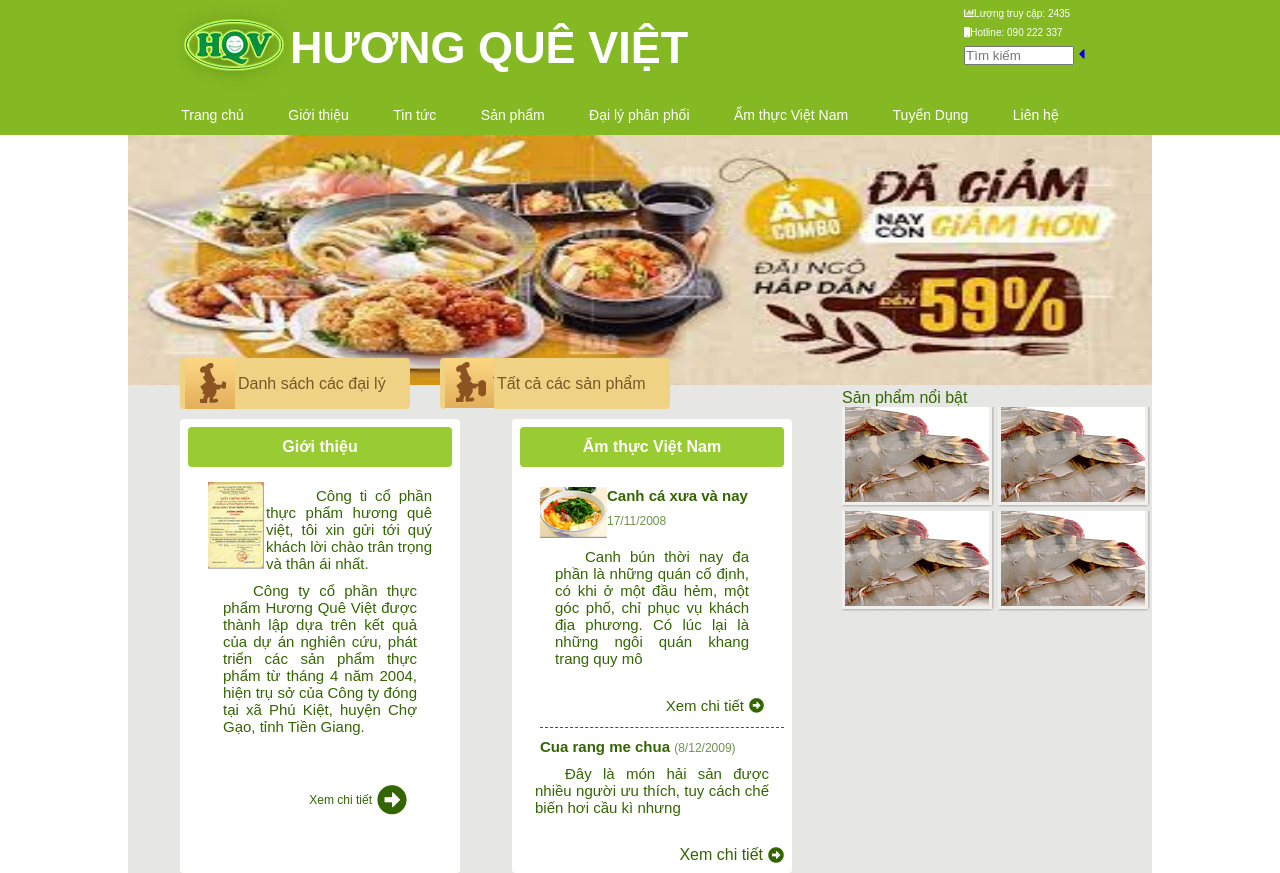
Repository: NgocTruong0701/Self_Learning
Page: html/practice/Baitapweb/index.html
These files come from the project's save history. The page is drawn as it stood at one moment and after the next save; the edit follows.
The browser window is 1280 px wide. The pictures show the whole page.

Above is the page before, as saved 2021-10-06 22:15:07.

### html/practice/Baitapweb/index.html
<!DOCTYPE html>
<html>
    <head>
        <title>Web Bài 4</title>
        <meta charset="UTF-8">
        <meta name="author" content="Lê Ngọc Trường">
        <link rel="stylesheet" type="text/css" href="./assets/css/styles.css">
        <link rel="stylesheet" href="./assets/font/fontawesome-free-5.15.4-web/css/all.css">
    </head>

    <body>
        <!-- Begin Header -->
        <header>
            <!-- Banner -->
            <div id="banner">
                <!-- Khối bên trái -->
                <div class="box-left">
                    <!-- logo -->
                    <div class="logo">
                        <img src="./assets/pictures/logo/logo.jpg" alt="logo">
                    </div>

                    <!-- tiêu đề -->
                    <div class="header-heading">
                        hương quê việt
                    </div>
                </div>

                <!-- khối bên phải -->
                <div class="box-right">
                    <div class="thongtin">
                        <div class="ltruycap">
                            <i class="fas fa-chart-bar"></i>
                            <p>Lượng truy cập: 2435</p>
                        </div>

                        <div class="ltruycap">
                            <i class="fas fa-mobile"></i>
                            <p>Hotline: 090 222 337</p>
                        </div>
                    </div>

                    <div class="search">
                        <form action="url" method="GET" >
                            <input type="text" placeholder="Tìm kiếm" class="onhap">
                            <a href="#">
                                <i class="fas fa-caret-left"></i>
                            </a>
                        </form>
                    </div>
                </div>
            </div>

            <!-- menu header -->
            <div class="menu-header">
                <ul class="menu-tren">
                    <li><a href="#">Trang chủ</a></li>
                    <li><a href="#">Giới thiệu</a></li>
                    <li><a href="#">Tin tức</a></li>
                    <li><a href="#">Sản phẩm</a></li>
                    <li><a href="#">Đại lý phân phối</a></li>
                    <li><a href="#">Ẩm thực Việt Nam</a></li>
                    <li><a href="#">Tuyển Dụng</a></li>
                    <li><a href="#">Liên hệ</a></li>
                </ul>
            </div>

        </header>
        <!-- End Header -->

        <!-- Begin Body -->
        <div id="container">
            <div class="box-up">
                <div class="body-banner">
                    <img src="./assets/pictures/banner/banner.jpg" alt="body-banner">
                </div>

                <div class="box-list-title">
                    <div class="body-title">
                        <img src="./assets/pictures/product/BT1_03.gif" alt="daily">

                        <p class="body-list">
                            Danh sách các đại lý
                        </p>
                    </div>

                    <div class="body-title">
                        <img src="./assets/pictures/product/BT1_05.gif" alt="daily">

                        <p class="body-list">
                            Tất cả các sản phẩm
                        </p>
                    </div>
                </div>
            </div>


            <div class="box-down">
                <div class="introduce">
                    <p class="title-introduce">Giới thiệu</p>

                    <div class="box-introduce-first">
                        <img src="./assets/pictures/product/BT1_10.gif" alt="chứng nhận" class="image-box-left">

                        <p class="line-first">Công ti cổ phần thực phẩm hương quê việt, tôi xin gửi tới quý khách lời chào trân trọng và thân ái nhất.</p>

                        <p class="line-second">
                            Công ty cổ phần thực phẩm Hương Quê Việt được thành lập dựa trên kết quả của dự án nghiên cứu, phát triển các sản phẩm thực phẩm từ tháng 4 năm 2004, hiện trụ sở của Công ty đóng tại xã Phú Kiệt, huyện Chợ Gạo, tỉnh Tiền Giang.
                        </p>
                    </div>

                    <div class="more">
                        <p class="text-more">Xem chi tiết</p>

                        <i class="fas fa-arrow-alt-circle-right first-icon"></i>
                    </div>
                </div>

                <div class="review">
                    <p class="title-introduce">Ẩm thực Việt Nam</p>

                    <div class="box-review-first">
                        <img src="./assets/pictures/product/BT1_13.gif" alt="chứng nhận" class="image-box-left">

                        <div class="reviewer">
                            <p class="heading-up">Canh cá xưa và nay</p>

                            <p class="time">17/11/2008</p>
                        </div>


                        <p class="line-second">
                            Canh bún thời nay đa phần là những quán cố định, có khi ở một đầu hẻm, một góc phố, chỉ phục vụ khách địa phương. Có lúc lại là những ngôi quán khang trang quy mô
                        </p>
                        <div class="more-second">
                            <p class="text-more">Xem chi tiết</p>

                            <i class="fas fa-arrow-alt-circle-right second-icon"></i>
                        </div>
                    </div>

                    <div class="box-introduce-second">
                        <p class="heading-up-review">Cua rang me chua <span>(8/12/2009)</span></p>

                        <p class="line-second">
                            Đây là món hải sản được nhiều người ưu thích, tuy cách chế biến hơi cầu kì nhưng
                        </p>

                        <div class="more-second">
                            <p class="text-more">Xem chi tiết</p>

                            <i class="fas fa-arrow-alt-circle-right second-icon"></i>
                        </div>
                    </div>

                </div>



                <div class="list-introduce">
                    <p class="heading-list-introduce">
                        Sản phẩm nổi bật
                    </p>

                    <div class="picture-introduce">
                        <img src="./assets/pictures/product/BT1_16.gif" alt="one" class="img-introduce">
                        <img src="./assets/pictures/product/BT1_16.gif" alt="one" class="img-introduce">
                        <img src="./assets/pictures/product/BT1_16.gif" alt="one" class="img-introduce">
                        <img src="./assets/pictures/product/BT1_16.gif" alt="one" class="img-introduce">
                    </div>
                </div>
            </div>
        </div>
        <!-- End Body -->

        <!-- Begin Footer -->
        <footer>

        </footer>
        <!-- End Footer -->
    </body>
</html>

### html/practice/Baitapweb/assets/css/styles.css
/* RESET CSS */
*{
    padding:0;
    margin: 0;
    box-sizing:border-box;
}

html{
    font-family: Arial, Helvetica, sans-serif;
    color:#fff;
}
/* Begin Header */
header{
    background-color: rgb(132, 185, 35);
    text-align: center;
    width: 100%;
    height: 135px;
}

#banner{
    width: 100%;
    height: 95px;
    display: flex;
    justify-content: space-evenly
}



.header-heading{
    text-transform: uppercase;
    padding-right:100px;
    font-size: 45px;
    font-weight: 700;
}

header .box-left{
    display: flex;
    align-items: center;
}

header .box-right{
    display: inline-block;
    height: 95px;
    position: relative;
    width: 140px;
}

.menu-header{
    height: 40px;
}

.ltruycap{
    display: flex;
    margin: 8px 0;
}

.search{
    position: absolute;
    left:0;

}

.thongtin{
    font-size:10px;
}

.search .onhap{
    width: 110px;
}



.menu-tren li{
    display: inline-block;
    list-style-type:square ;
    margin-right:40px;
}

.menu-tren li a{
    line-height: 40px;
    text-decoration: none;
    color: #fff;
    font-size:14px;
}

.menu-tren li a:hover{
    color: #805528;
}

/* End Header */

/* Begin Container */
#container{
    background: #e6e6e4;
    width: 80%;
    margin-left: auto;
    margin-right: auto;
}
.box-up{
    position: relative;
}

.box-list-title{
    display: inline-flex;
    position: absolute;
    top: 223px;
    left: 52px;
}

.body-title{
    display: flex;
    align-items: center;
    background: #f0d284;
    width: 230px;
    margin-right: 30px;
    border-radius: 4px;
    padding-left:5px;
}

.body-banner img{
    height: 250px ;
    width: 100%;
}

.box-up .body-list{
    color:#7d5527;
    padding-left:3px ;
}

.box-down{
    color: #336600 ;
    display: flex;
}

.box-down .introduce{
    margin-top: 30px;
    max-width: 280px;
    display: inline-block;
    margin-left: 52px;
    background: #fff;
    padding: 8px;
    border-radius: 4px;
}

.box-down .title-introduce{
    background: #99cc33;
    height: 40px;
    line-height: 40px;
    color:#fff;
    text-align:center;
    font-weight: 600;
    border-radius:4px;
}

.box-introduce-first{
    margin: 15px 20px 0 20px;
    font-size:15px;
}

.box-down img.image-box-left{
    float:left;
}

.line-first{
    text-indent: 50px;
    text-align: justify;
    padding:5px 0 0 0;
}

.line-second{
    clear: left;
    margin-top: 5px;
    width: 230x;
    text-align: justify;
}

.more{
    display: flex;
    float: right;
    margin: 50px 45px 50px 0;
    align-items: center;
    cursor:pointer;
}

.more .text-more{
    font-size: 12px;
    margin-right: 5px;
}

.more .first-icon{
    font-size:30px;

}

.review{
    margin-top: 30px;
    max-width: 280px;
    display: inline-block;
    margin-left: 52px;
    background: #fff;
    padding: 8px;
    border-radius: 4px;
}

.heading-up{
    font-weight: 600;
    margin-bottom: 10px;
}

.time{
    font-size:12px;
    opacity: 0.7;
}

.line-second{
    text-indent: 30px;
    padding-top: 10px;
}

.box-review-first{
    margin: 15px 20px 0 20px;
    font-size:15px;

}

.heading-up{
    display: block;
    margin-top: 20px;
}

.more-second{
    display: flex;
    float: right;
    align-items: center;
    cursor: pointer;
    margin-top:30px;
}

.text-more{
    margin-right: 5px;
}

.heading-up-review{
    font-size:15px;
    border-top-style:dashed ;
    border-top-width: thin;
    margin-top: 60px;
    font-weight: 600;
    margin-left: 20px;
    padding-top: 10px;
}

.heading-up-review span{
    font-size:12px;
    opacity: 0.7;
    font-weight: normal;
}

.line-second{
    font-size: 15px;
    margin: 0 15px;
    text-align: justify;
}

.list-introduce{
    margin-left: 50px;

}
/* End Container */

/* Begin Footer */





/* End Footer */

Loaded but not shown: html/practice/Baitapweb/Web4-Webside-LeNgocTruong-2020601391/assets/font/fontawesome-free-5.15.4-web/css/all.css (library)

After the next save:
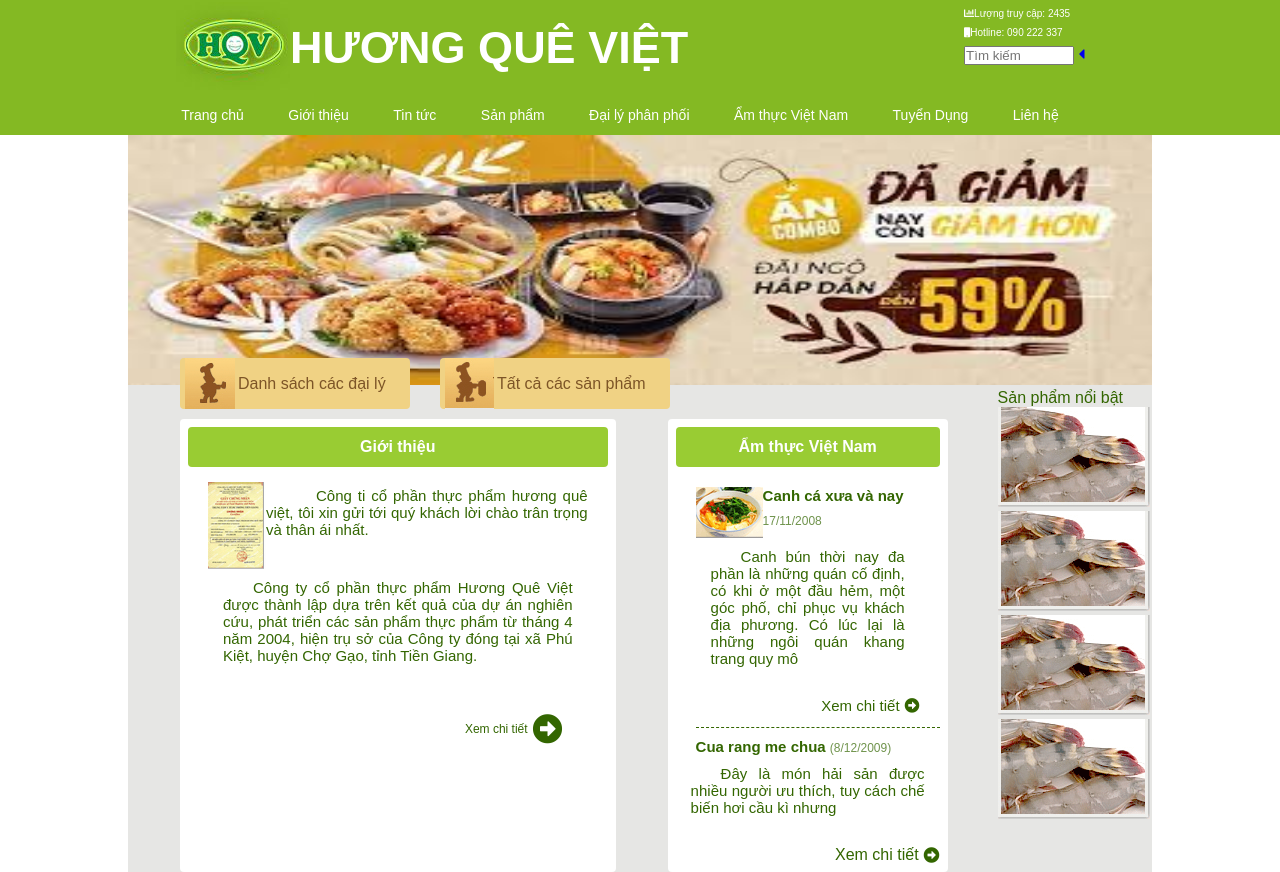
Saved 52 s later.
--- a/html/practice/Baitapweb/assets/css/styles.css
+++ b/html/practice/Baitapweb/assets/css/styles.css
@@ -134,7 +134,7 @@ header .box-right{
 
 .box-down .introduce{
     margin-top: 30px;
-    max-width: 280px;
+
     display: inline-block;
     margin-left: 52px;
     background: #fff;

After the 2 saves that followed:
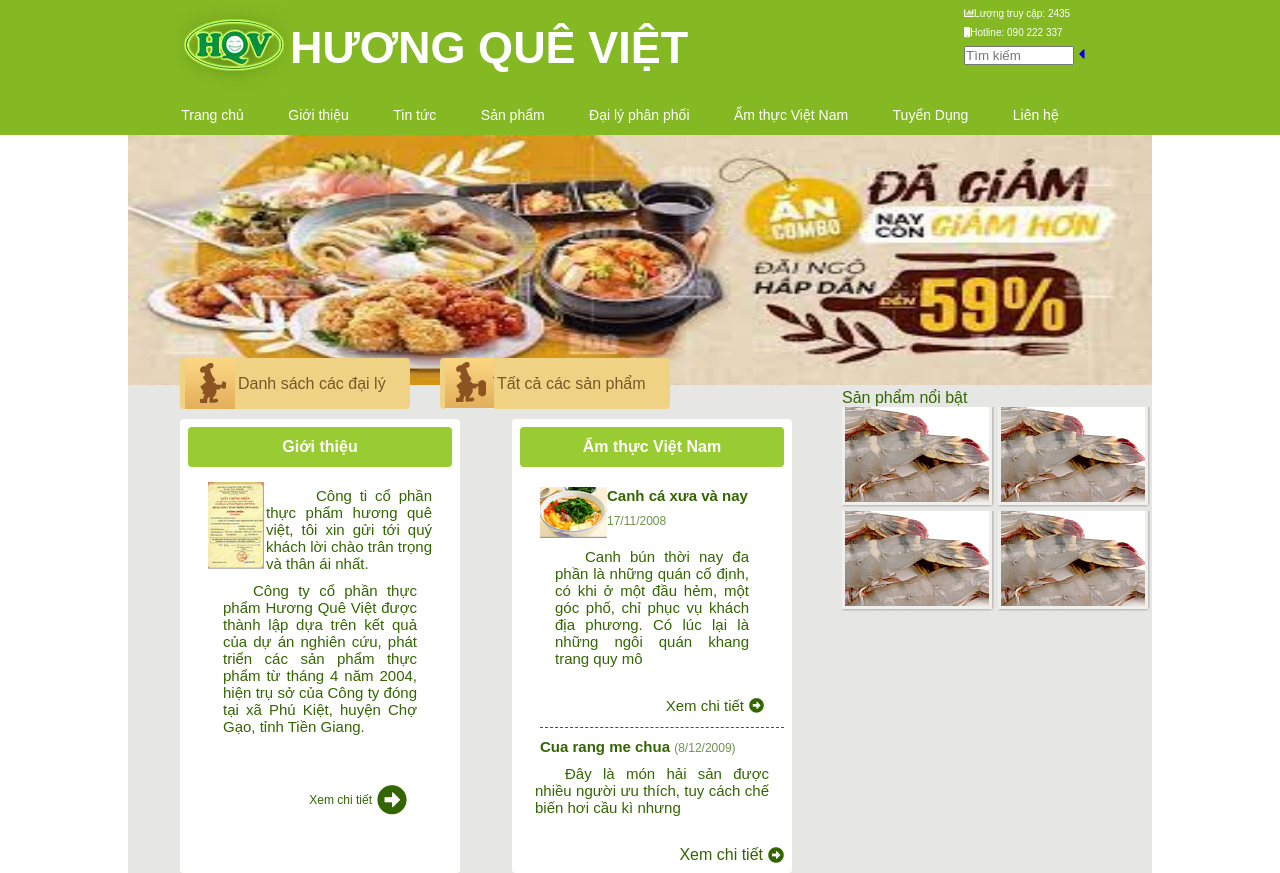
The 2 saves are shown as one change because 1 left the picture as it was.
The last was saved 8 s later.
--- a/html/practice/Baitapweb/assets/css/styles.css
+++ b/html/practice/Baitapweb/assets/css/styles.css
@@ -134,7 +134,7 @@ header .box-right{
 
 .box-down .introduce{
     margin-top: 30px;
-
+    max-width: 280px;
     display: inline-block;
     margin-left: 52px;
     background: #fff;
